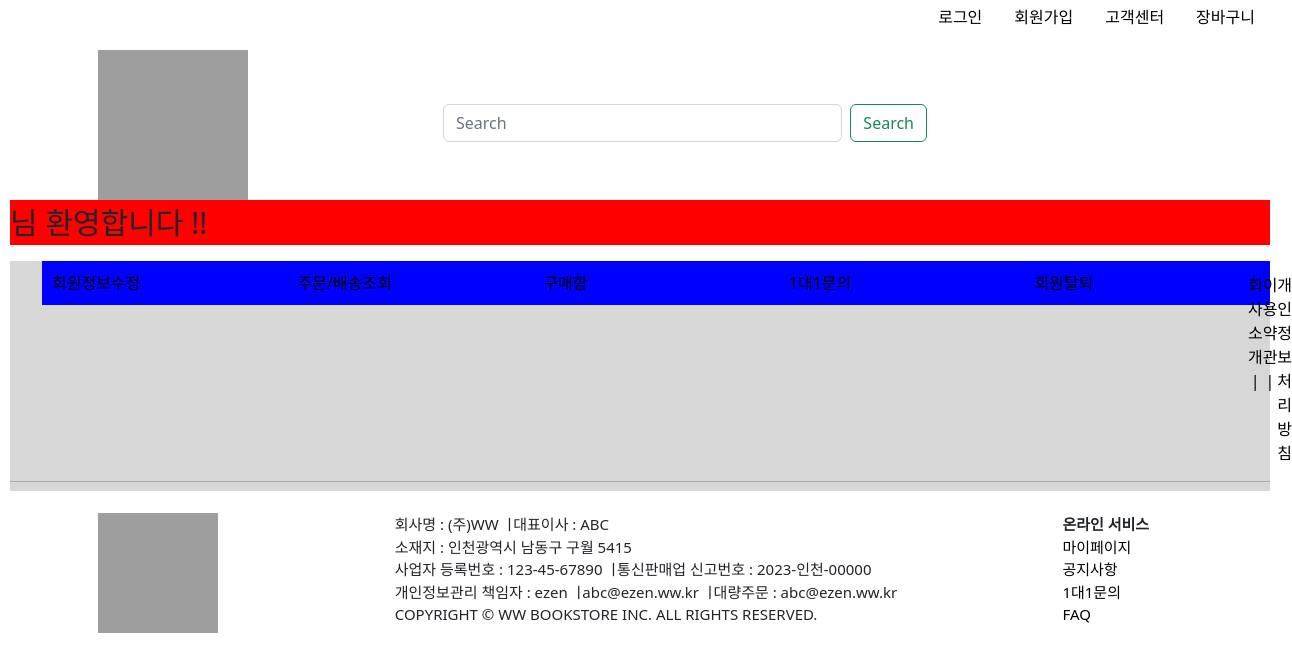
Repository: leehyeonung/project4
Page: http://localhost/book/WEB-INF/views/member/mypage.jsp
An editor plug-in stored every save of this project. The page is shown before and after a run of saves, followed by the edit.
The browser window is 1280 px wide. The page is 1292 px wide, so the pictures cover 1292 px, including what lies to the right of the window. The pictures show the whole page.
Pictures or frames that could not be fetched are drawn as grey boxes. The page is served by Tomcat 9. Nobody is signed in. Other server files are loaded and not shown. The template is opened directly, without the code that normally fills it, so the values that code supplies are empty.

Above is the page before, as saved 2023-01-06 03:25:34.

### book/src/main/webapp/WEB-INF/views/member/mypage.jsp
<%@ page language="java" contentType="text/html; charset=UTF-8"
    pageEncoding="UTF-8"%>
<!DOCTYPE html>
<html>
<head>
<meta charset="UTF-8">
<title>Insert title here</title>
<link rel="stylesheet" type="text/css" href="/resources/css/mypage.css">
</head>
<body>
<jsp:include page="../layout/header.jsp"></jsp:include>
<div class="main">

<div class="information">

<div class="id">
${ses.mem_id}님 환영합니다 !!
</div>
<div class="cell">
${ses.mem_cell_num}
</div>

</div>


<div class="select">
<ul>
	<li><a href="/mem/modify" class="box">회원정보수정</a></li>
	<li><a href="/mem/orderCheck?mem_num=${ses.mem_num}" class="box">주문/배송조회</a></li>
	<li><a href="/mem/buyCheck?mem_num=${ses.mem_num}" class="box">구매함</a></li>
	<li><a href="/board/list" class="box">1대1문의</a></li>
	<li><a href="/mem/delete" class="box">회원탈퇴</a></li>
</ul>

</div>

</div>


<jsp:include page="../layout/footer.jsp"></jsp:include>
</body>
</html>

### book/src/main/webapp/WEB-INF/views/layout/header.jsp
<%@ page language="java" contentType="text/html; charset=UTF-8"
    pageEncoding="UTF-8"%>
<%@ taglib uri="http://java.sun.com/jsp/jstl/core" prefix="c"%>
<!DOCTYPE html>
<html>
<head>
<meta charset="UTF-8">
<title>Insert title here</title>
<!-- CSS only -->
<link href="https://cdn.jsdelivr.net/npm/bootstrap@5.2.2/dist/css/bootstrap.min.css"
rel="stylesheet" integrity="sha384-Zenh87qX5JnK2Jl0vWa8Ck2rdkQ2Bzep5IDxbcnCeuOxjzrPF/et3URy9Bv1WTRi"
crossorigin="anonymous">
<link rel="stylesheet" type="text/css" href="/resources/css/header.css">
</head>
<body>
<div class="header">
    <div class="menu">
        <c:if test="${ses.mem_id ==null}">
        <ul><a href="/mem/loginPage">로그인</a></ul>
        <ul><a href="/mem/joinPage">회원가입</a></ul>
        </c:if>
        <c:if test="${ses.mem_id == 'admin' }">
        <ul><a href="/mem/logOut">로그아웃</a></ul>
        <ul><a href="/mem/adminpage">관리인페이지</a></ul>
        </c:if>
        <c:if test="${ses.mem_id !=null && ses.mem_id !='admin' }">
        <ul><a href="/mem/logOut">로그아웃</a></ul>
        <ul><a href="/mem/mypage">마이페이지</a></ul>
        </c:if>
        <ul><a href="#">고객센터</a></ul>
        <ul><a href="#">장바구니</a></ul>
    </div>
    <div class="bar">
       <div class="logo">
         <a href="/"><img src="/resources/image/logo.jpg" alt="로고"></a>
       </div>
         <div class="searchBar">
            <form class="d-flex" role="search">
                 <input class="form-control me-2" type="search" placeholder="Search" aria-label="Search">
                 <button class="btn btn-outline-success" type="submit">Search</button>
              </form>
         </div>
       <div class="icons">
         <a href=""><i class="fa-solid fa-cart-shopping"></i></a>
            <a href=""><i class="fa-solid fa-user"></i></a>
       </div>
    </div>
</div>
</body>
</html>

### book/src/main/webapp/WEB-INF/views/layout/footer.jsp
<%@ page language="java" contentType="text/html; charset=UTF-8"
   pageEncoding="UTF-8"%>
<!DOCTYPE html>
<html>
<head>
<meta charset="UTF-8">
<title>Insert title here</title>
<link rel="stylesheet" type="text/css" href="/resources/css/footer.css">

</head>

<body>
   <div class="footer">
      <div class="footer-top">
         <ul>
            <li><a href="/introduce">회사소개 | </a></li>
            <li><a href="">이용약관 | </a></li>
            <li><a href="">개인정보처리방침</a></li>
         </ul>
      </div>
      <hr>
      <div class="address">
         <div class="footer-logo">
            <img src="/resources/image/logo.jpg" alt="로고">
         </div>
         <div class="address-box">
            <ul>
               <li>회사명 : (주)WW <span style="margin-right: -7px;">ㅣ</span>
                  대표이사 : ABC
               </li>

               <li>소재지 : 인천광역시 남동구 구월 5415</li>
               <li>사업자 등록번호 : 123-45-67890 <span style="margin-right: -7px;">ㅣ</span>
                  통신판매업 신고번호 : 2023-인천-00000
               </li>

               <li>개인정보관리 책임자 : ezen <span style="margin-right: -7px;">ㅣ</span>
                  abc@ezen.ww.kr <span style="margin-right: -7px;">ㅣ</span> 대량주문 :
                  abc@ezen.ww.kr
               </li>

               <li>COPYRIGHT © WW BOOKSTORE INC. ALL RIGHTS RESERVED.</li>

            </ul>

         </div>
         <div class="online-serviceBar">
            <strong>온라인 서비스</strong>
            <ul>
               <li><a href="">마이페이지</a></li>
               <li><a href="">공지사항</a></li>
               <li><a href="">1대1문의</a></li>
               <li><a href="">FAQ</a></li>
            </ul>
         </div>
      </div>
   </div>

</body>
</html>

### book/src/main/webapp/resources/css/mypage.css
@charset "UTF-8";
*{
	margin: 0 auto;
	padding: 0px;

}
.main{
	margin: 0 auto;
    width: 1260px;
    background-color: gray;


}
.id{
    font-size: 30px;
}
.information{
	background-color : red;
}
.box{
	padding : 0px;
    float: left;
    display: inline-block;
	width : 20%;
	height : 100%;
    background-color: blue;
    padding: 10px;
}

### book/src/main/webapp/resources/css/header.css
@charset "UTF-8";
*{
	margin: 0px;
	padding: 0px;
}
.header{
    width: 1260px;
    height: 200px;
   /*  background-color: pink; */
}
.menu{
   display: flex;
   justify-content: flex-end;
   padding:5px;

}
.logo{
    width: 150px;
    height: 150px;
    background-color: blue;
}
.logo>a>img{
    width: 150px;
    height: 150px;
}
.searchBar{
   /* position:absolute; */
    width: 484px;
    height: 42px;
    /* background-color: gold; */
    margin-top:54px;
    border-radius: 30px;

}
.bar{

   height: 150px;
   display: flex;
   flex-direction: row;
   flex-wrap:nowrap;
   justify-content:space-around;
/*    align-items: baseline; */


}
i{
    font-size: 42px;
    color: black;
    margin-top:54px;
    margin-right: 20px;
}

### book/src/main/webapp/resources/css/footer.css
@charset "UTF-8";
.footer {
   width: 1260px;
   height: 230px;
   background-color: rgba(175, 175, 175, 0.5);
   margin: 0 auto;
}

.footer-logo {

   width: 120px;
   height: 120px;
   background-color: beige;
}
.footer-logo>img{
   width: 120px;
   height: 120px;
}

.address-box {
   text-align: left;
   padding: 0;
   margin: 0;
}

.address {
   padding: 15px;
   height: 150px;
   display: flex;
   font-size: 15px;
   /* align-items: baseline; */
   flex-direction: row;
   flex-wrap: nowrap;
   justify-content: space-around;
}

ul {
   list-style: none;
}

.footer, .address li {

}

.footer-top {
   text-align: center;
   padding-top: 12px;
}

.footer-top>ul {
   margin: 0;
   padding: 0;
   display: flex;
   justify-content: center;
}

.footer-top>li {
   margin: 0;
   padding: 0;
}

a {
   text-decoration-line: none;
   color: black;
}

a:visited {
   text-decoration: none;
}

a:hover {
   text-decoration: none;
}

a:focus {
   text-decoration: none;
}

a:hover, a:active {
   text-decoration: none;
}

.online-serviceBar {
   padding: 0px;
   margin-left: 20px;
   width: 120px;
   height: 120px;
}

.online-serviceBar>ul {
   margin: 0px;
   padding: 0px;
}

After the next 2 saves:
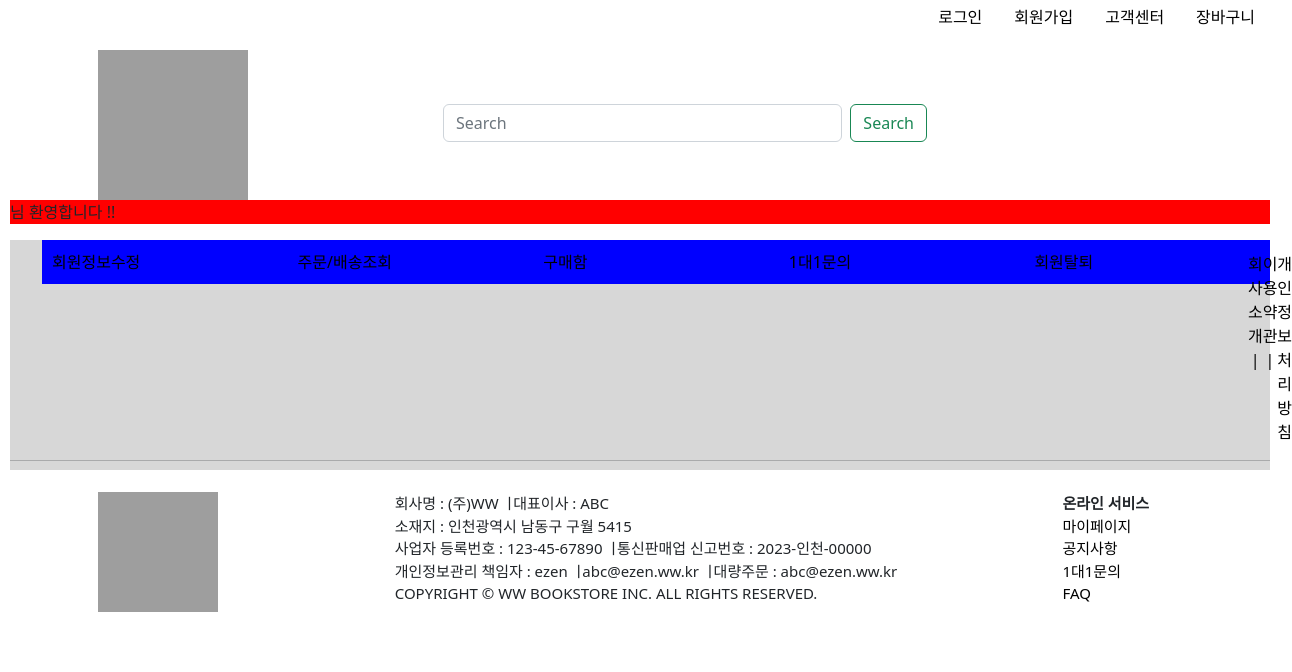
The 2 saves are shown as one change because they came seconds apart.
The last was saved 62 s later.
--- a/book/src/main/webapp/WEB-INF/views/member/mypage.jsp
+++ b/book/src/main/webapp/WEB-INF/views/member/mypage.jsp
@@ -12,17 +12,9 @@
 <div class="main">
 
 <div class="information">
-
-<div class="id">
 ${ses.mem_id}님 환영합니다 !!
-</div>
-<div class="cell">
 ${ses.mem_cell_num}
 </div>
-
-</div>
-
-
 <div class="select">
 <ul>
 	<li><a href="/mem/modify" class="box">회원정보수정</a></li>
@@ -31,9 +23,7 @@ ${ses.mem_cell_num}
 	<li><a href="/board/list" class="box">1대1문의</a></li>
 	<li><a href="/mem/delete" class="box">회원탈퇴</a></li>
 </ul>
-
 </div>
-
 </div>
 
 
